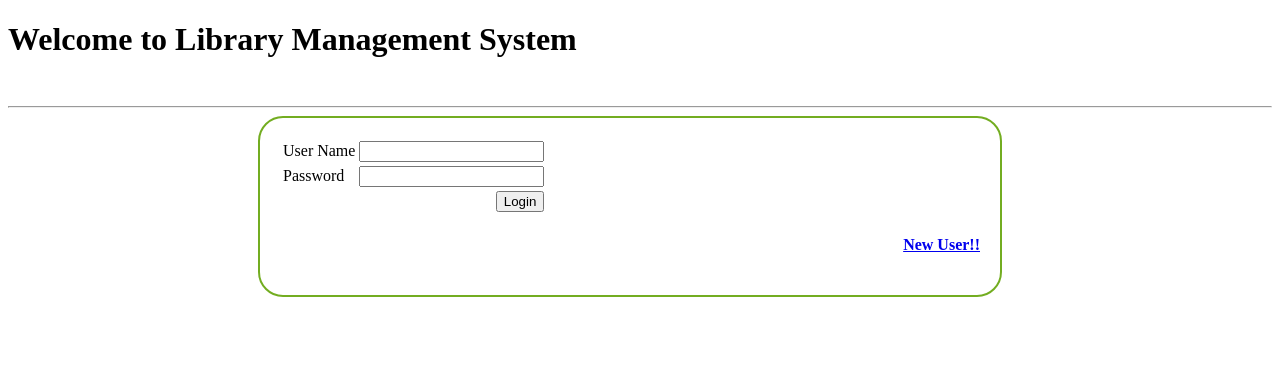
Repository: paragpatidar/LibraryManagementSystem
Page: http://localhost/LibraryManagementSystemSpring/
An editor plug-in stored every save of this project. The page is shown before and after the next save, followed by the edit.
The browser window is 1280 px wide. The pictures show the whole page.
The page is served by Tomcat 9. Nobody is signed in. The application's start-up code is not run.

Above is the page before, as saved 2017-11-08 04:25:02.

After the next save:
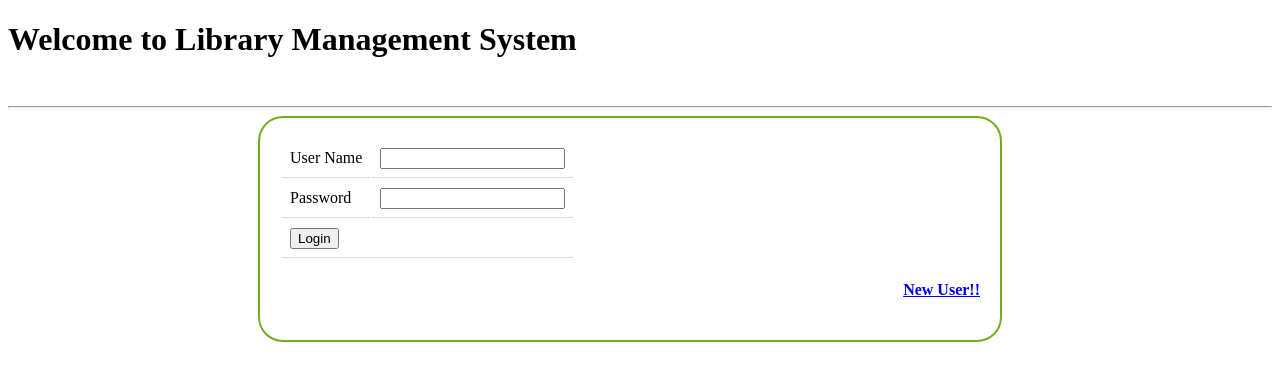
Saved 37 s later.
--- a/LibraryManagementSystemSpring/WebContent/index.jsp
+++ b/LibraryManagementSystemSpring/WebContent/index.jsp
@@ -12,6 +12,12 @@
     padding: 20px;
     margin-right : 270px;
     margin-left : 250px;
+}
+
+th, td {
+    padding: 8px;
+    text-align: left;
+    border-bottom: 1px solid #ddd;
 }
 </style>
 
